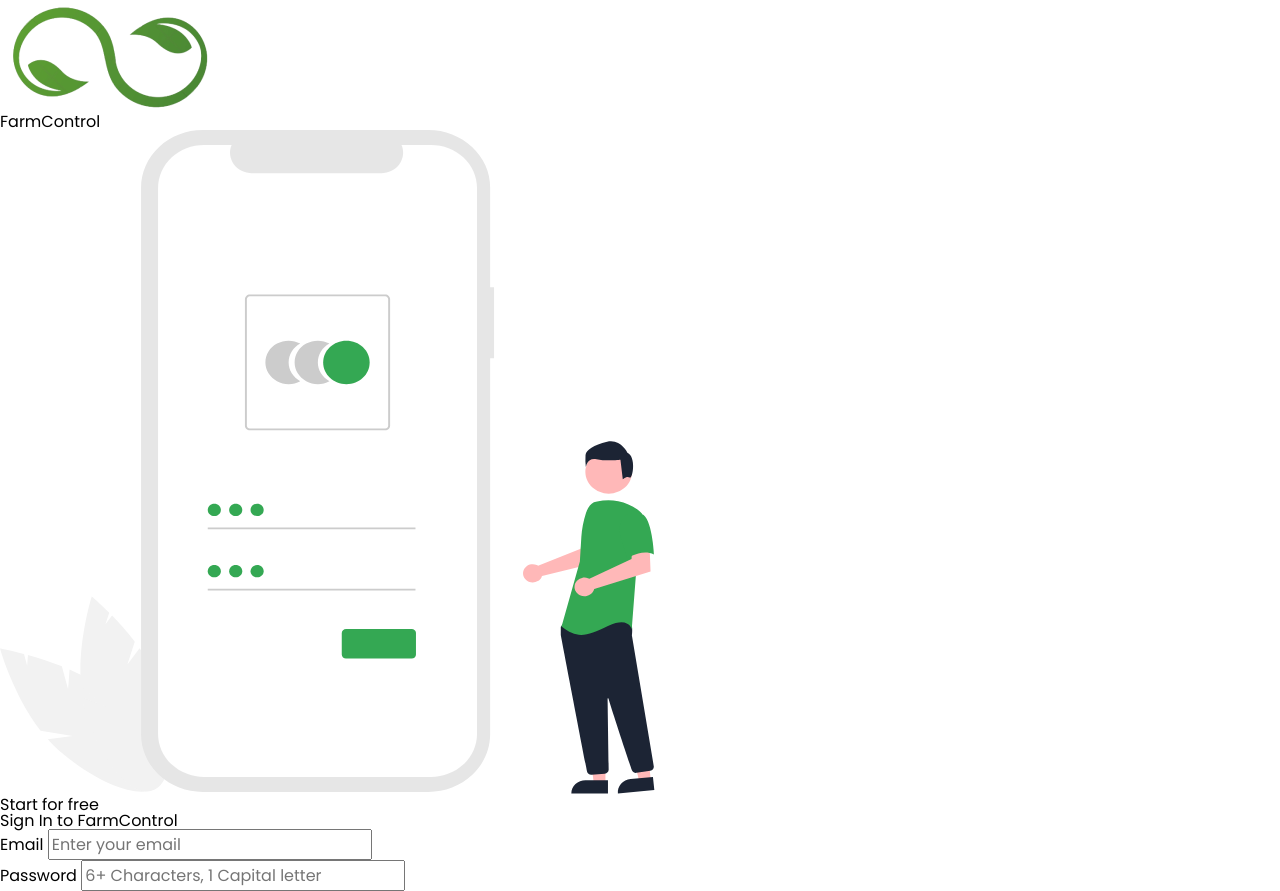
Repository: lehuyen307/System-monitor-plant-healthy-final
Page: ui/login.html
These files come from the project's save history. The page is drawn as it stood at one moment and after a run of saves; the edit follows.
The browser window is 1280 px wide. The pictures show the whole page.
Some web libraries are served in a nearby version.

Above is the page before, as saved 2023-11-09 17:05:11.
Console error: TypeError: Cannot read properties of null (reading 'addEventListener')

After the next 2 saves:
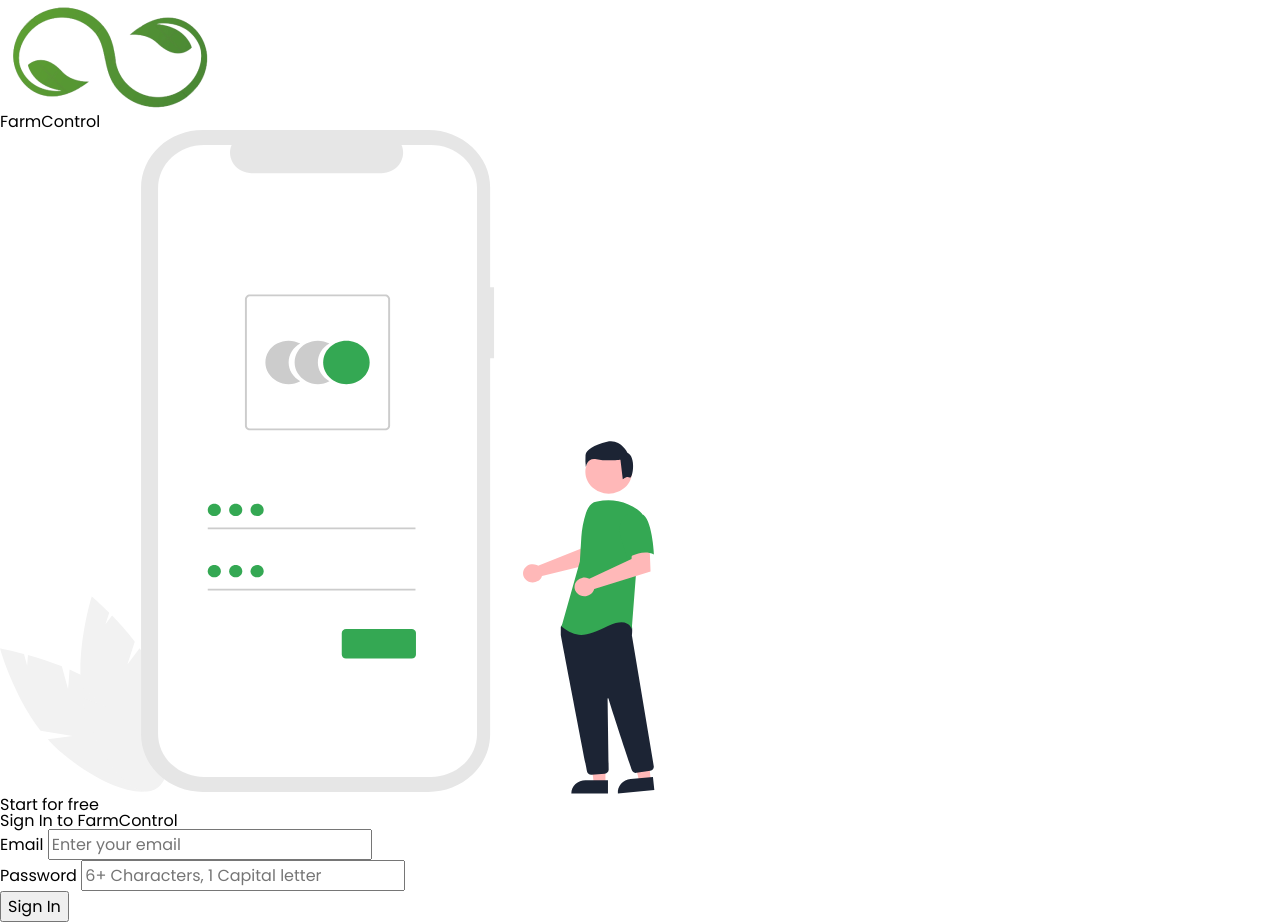
The 2 saves are shown as one change because they came seconds apart.
The last was saved 13 s later.
--- a/ui/login.html
+++ b/ui/login.html
@@ -147,6 +147,7 @@
                                     id="password"
                                 />
                             </div>
+                            <button>Sign In</button>
                         </form>
                     </div>
                 </div>
